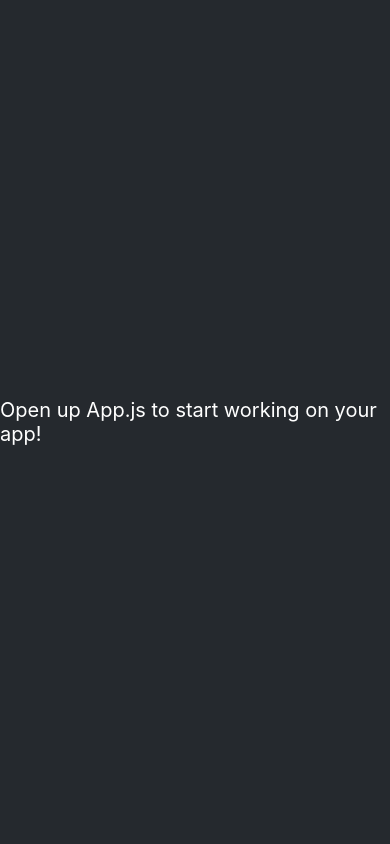
Repository: Ghostlybot16/Capstone_Proj
Screen: /
The author's editor kept a copy of each file at every save. The screen is drawn from the files as they stood at one save, then again after the next save.
The app was drawn by React Native's web renderer in a window 390 px wide. The project was rebuilt for these pictures with package versions that can differ from the ones it lists, and the page was loaded fresh each time.

Above is the screen before, as saved 2024-09-21 09:22:44.

### App.js
import { StatusBar } from 'expo-status-bar';
import { StyleSheet, Text, View } from 'react-native';

export default function App() {
  return (
    <View style={styles.container}>
      <Text style={{color:"#fff", fontSize:"20px"}}>Open up App.js to start working on your app!</Text>
      <StatusBar style="auto" />
    </View>
  );
}

const styles = StyleSheet.create({
  container: {
    flex: 1,
    backgroundColor: '#25292e',
    alignItems: 'center',
    justifyContent: 'center',
  },
});

After the next save:
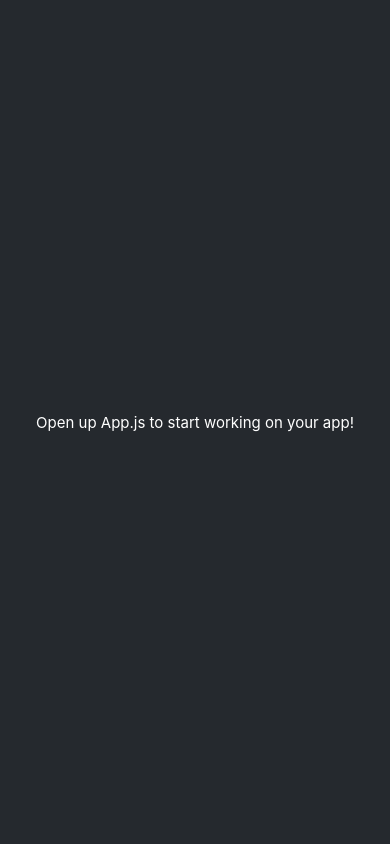
Saved 9 s later.
--- a/App.js
+++ b/App.js
@@ -4,7 +4,7 @@ import { StyleSheet, Text, View } from 'react-native';
 export default function App() {
   return (
     <View style={styles.container}>
-      <Text style={{color:"#fff", fontSize:"20px"}}>Open up App.js to start working on your app!</Text>
+      <Text style={{color:"#fff", fontSize:"15px"}}>Open up App.js to start working on your app!</Text>
       <StatusBar style="auto" />
     </View>
   );
